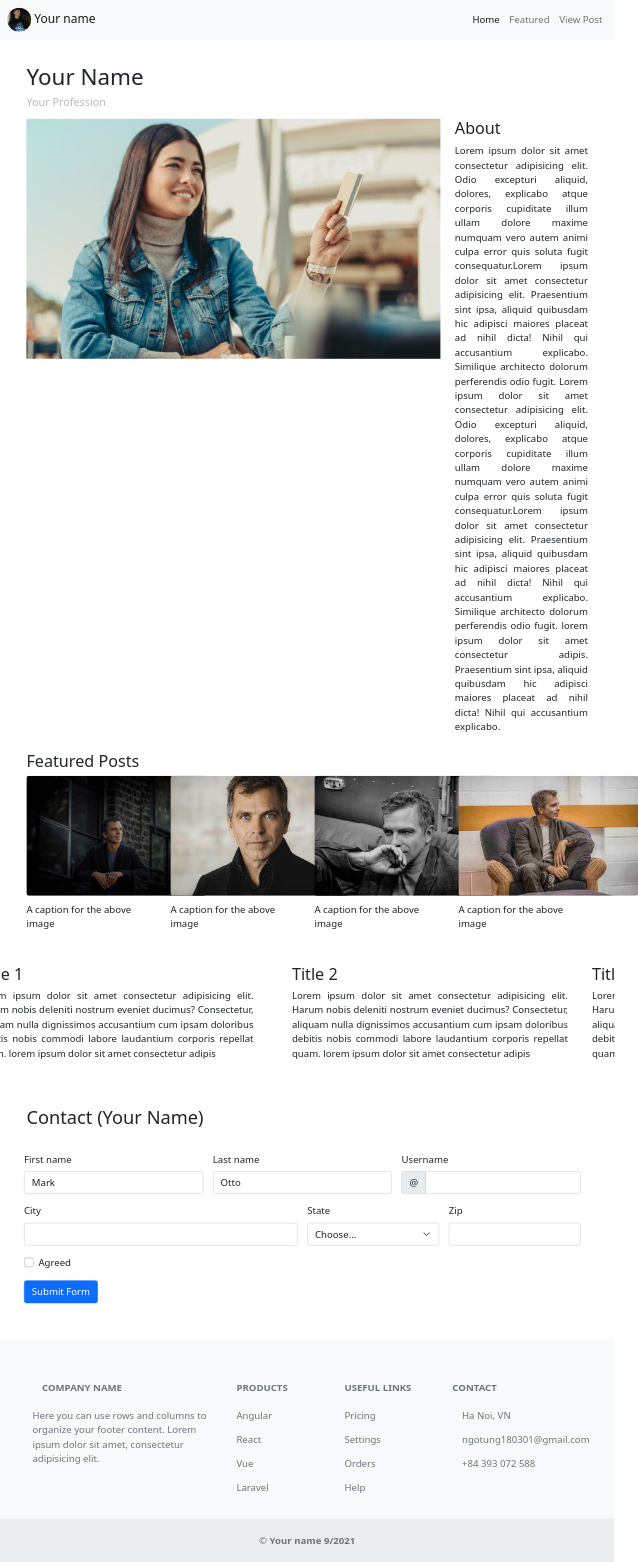
Repository: nvt01/72_1951061106_NgoVanTung
Page: BaiTh1/index.html
An editor plug-in stored every save of this project. The page is shown before and after a run of saves, followed by the edit.
The browser window is 1024 px wide. The page is 1064 px wide, then 1024 px, so the pictures cover 1064 px, including what lies to the right of the window. The pictures show the whole page, at 60% of full size.

Above is the page before, as saved 2021-12-01 10:44:13.

### BaiTh1/index.html
<!DOCTYPE html>
<html lang="en">
<head>
    <meta charset="UTF-8">
    <meta http-equiv="X-UA-Compatible" content="IE=edge">
    <meta name="viewport" content="width=device-width, initial-scale=1.0">
    <title>Blog</title>
    <link rel="stylesheet" href="style.css">
    <!-- CSS only -->
    <link href="https://cdn.jsdelivr.net/npm/bootstrap@5.1.3/dist/css/bootstrap.min.css" rel="stylesheet" integrity="sha384-1BmE4kWBq78iYhFldvKuhfTAU6auU8tT94WrHftjDbrCEXSU1oBoqyl2QvZ6jIW3" crossorigin="anonymous">
    <!-- JavaScript Bundle with Popper -->
    <script src="https://cdn.jsdelivr.net/npm/bootstrap@5.1.3/dist/js/bootstrap.bundle.min.js" integrity="sha384-ka7Sk0Gln4gmtz2MlQnikT1wXgYsOg+OMhuP+IlRH9sENBO0LRn5q+8nbTov4+1p" crossorigin="anonymous"></script>
</head>
<body>
    <div class="menu">
        <nav class="navbar navbar-expand-lg navbar-light bg-light">
            <div class="container-fluid">
                <a class="navbar-brand" href="#">
                    <img class="nav-img" src="./img/avatar.JPG" alt="">
                    Your name
                </a>
                <button class="navbar-toggler" type="button" data-bs-toggle="collapse" data-bs-target="#navbarSupportedContent" aria-controls="navbarSupportedContent" aria-expanded="false" aria-label="Toggle navigation">
                    <span class="navbar-toggler-icon"></span>
                </button>
                <div class=" collapse navbar-collapse" id="navbarSupportedContent">
                    <ul class="navbar-nav me-auto mb-2 mb-lg-0">
                        <li class="nav-item">
                            <a class="nav-link active" aria-current="page" href="#">Home</a>
                        </li>
                        <li class="nav-item">
                            <a class="nav-link" href="#">Featured</a>
                        </li>
                        <li class="nav-item">
                            <a class="nav-link" href="#">View Post</a>
                        </li>
                    </ul>
                </div>
            </div>
        </nav>
    </div>

    <div class="main">
        <div class="container">
            <div class="row">
                <h1 class="h1">Your Name</h1>
                <h3 class="h3">Your Profession</h3>
                <div class="col">
                    <img src="./img/img1.jpeg" alt="">
                </div>
                <div class="col content">
                    <h3>About</h3>
                    <span>Lorem ipsum dolor sit amet consectetur adipisicing elit. Odio excepturi aliquid, dolores, explicabo atque corporis cupiditate illum ullam dolore maxime numquam vero autem animi culpa error quis soluta fugit consequatur.Lorem ipsum dolor sit amet consectetur adipisicing elit. Praesentium sint ipsa, aliquid quibusdam hic adipisci maiores placeat ad nihil dicta! Nihil qui accusantium explicabo. Similique architecto dolorum perferendis odio fugit. Lorem ipsum dolor sit amet consectetur adipisicing elit. Odio excepturi aliquid, dolores, explicabo atque corporis cupiditate illum ullam dolore maxime numquam vero autem animi culpa error quis soluta fugit consequatur.Lorem ipsum dolor sit amet consectetur adipisicing elit. Praesentium sint ipsa, aliquid quibusdam hic adipisci maiores placeat ad nihil dicta! Nihil qui accusantium explicabo. Similique architecto dolorum perferendis odio fugit. lorem ipsum dolor sit amet consectetur adipis. Praesentium sint ipsa, aliquid quibusdam hic adipisci maiores placeat ad nihil dicta! Nihil qui accusantium explicabo.</span>
                </div>
            </div>
            <div class="row">
                <h3 class="h3-title">Featured Posts</h3>
                <div class="col-3 col-sm-6 col-md-4 col-lg-3">
                    <img class="image" src="./img/img2.jpeg" alt="">
                    <p>A caption for the above image</p>
                </div>
                <div class="col-3 col-sm-6 col-md-4 col-lg-3">
                    <img class="image" src="./img/img3.jpeg" alt="">
                    <p>A caption for the above image</p>
                </div>
                <div class="col-3 col-sm-6 col-md-4 col-lg-3">
                    <img class="image" src="./img/img5.jpeg" alt="">
                    <p>A caption for the above image</p>
                </div>
                <div class="col-3 col-sm-6 col-md-4 col-lg-3">
                    <img class="image" src="./img/img6.jpeg" alt="">
                    <p>A caption for the above image</p>
                </div>
            </div>
        </div>
    </div>

    <div class="title">
        <!-- <div class="row">
            <div class="col">
                <h3>Title 1</h3>
                <p class="title-text">Lorem ipsum dolor sit amet consectetur adipisicing elit. Harum nobis deleniti nostrum eveniet ducimus? Consectetur, aliquam nulla dignissimos accusantium cum ipsam doloribus debitis nobis commodi labore laudantium corporis repellat quam. lorem ipsum dolor sit amet consectetur adipis</p>
            </div>
            <div class="col">
                <h3>Title 2</h3>
                <p class="title-text">Lorem ipsum dolor sit amet consectetur adipisicing elit. Harum nobis deleniti nostrum eveniet ducimus? Consectetur, aliquam nulla dignissimos accusantium cum ipsam doloribus debitis nobis commodi labore laudantium corporis repellat quam. lorem ipsum dolor sit amet consectetur adipis</p>
            </div>
        </div> -->
        <div>
            <div id="carouselExampleControls" class="carousel slide" data-bs-ride="carousel">
                <div class="carousel-inner">
                    <div class="carousel-item active">
                        <div class="row">
                            <div class="col-md-6">
                                <div class="singer-box content">
                                    <h3>Title 1</h3>
                                    <p class="title-text">Lorem ipsum dolor sit amet consectetur adipisicing elit. Harum nobis deleniti nostrum eveniet ducimus? Consectetur, aliquam nulla dignissimos accusantium cum ipsam doloribus debitis nobis commodi labore laudantium corporis repellat quam. lorem ipsum dolor sit amet consectetur adipis</p>
                                </div>
                            </div>
                            <div class="col-md-6">
                                <div class="singer-box content">
                                    <h3>Title 2</h3>
                                    <p class="title-text">Lorem ipsum dolor sit amet consectetur adipisicing elit. Harum nobis deleniti nostrum eveniet ducimus? Consectetur, aliquam nulla dignissimos accusantium cum ipsam doloribus debitis nobis commodi labore laudantium corporis repellat quam. lorem ipsum dolor sit amet consectetur adipis</p>
                                </div>
                            </div>
                        </div>
                    </div>

                    <div class="carousel-item">
                        <div class="row">
                            <div class="col-md-6">
                                <div class="singer-box content">
                                    <h3>Title 3</h3>
                                    <p class="title-text">Lorem ipsum dolor sit amet consectetur adipisicing elit. Harum nobis deleniti nostrum eveniet ducimus? Consectetur, aliquam nulla dignissimos accusantium cum ipsam doloribus debitis nobis commodi labore laudantium corporis repellat quam. lorem ipsum dolor sit amet consectetur adipis</p>
                                </div>
                            </div>
                            <div class="col-md-6">
                                <div class="singer-box content">
                                    <h3>Title 4</h3>
                                    <p class="title-text">Lorem ipsum dolor sit amet consectetur adipisicing elit. Harum nobis deleniti nostrum eveniet ducimus? Consectetur, aliquam nulla dignissimos accusantium cum ipsam doloribus debitis nobis commodi labore laudantium corporis repellat quam. lorem ipsum dolor sit amet consectetur adipis</p>
                                </div>
                            </div>
                        </div>
                    </div>
                </div>
                <button class="carousel-control-prev" type="button" data-bs-target="#carouselExampleControls" data-bs-slide="prev">
                    <span class="carousel-control-prev-icon" aria-hidden="true"></span>
                    <span class="visually-hidden">Previous</span>
                </button>
                <button class="carousel-control-next" type="button" data-bs-target="#carouselExampleControls" data-bs-slide="next">
                    <span class="carousel-control-next-icon" aria-hidden="true"></span>
                    <span class="visually-hidden">Next</span>
                </button>
            </div>
        </div>
    </div>

    <div class="contact">
        <div class="container">
            <div class="row">
                <h2>Contact (Your Name)</h2>
                <form class="row g-3 needs-validation" novalidate>
                    <div class="col-md-4">
                        <label for="validationCustom01" class="form-label">First name</label>
                        <input type="text" class="form-control" id="validationCustom01" value="Mark" required>
                        <div class="valid-feedback">
                            Looks good!
                        </div>
                    </div>
                    <div class="col-md-4">
                        <label for="validationCustom02" class="form-label">Last name</label>
                        <input type="text" class="form-control" id="validationCustom02" value="Otto" required>
                        <div class="valid-feedback">
                            Looks good!
                        </div>
                    </div>
                    <div class="col-md-4">
                        <label for="validationCustomUsername" class="form-label">Username</label>
                        <div class="input-group has-validation">
                            <span class="input-group-text" id="inputGroupPrepend">@</span>
                            <input type="text" class="form-control" id="validationCustomUsername" aria-describedby="inputGroupPrepend" required>
                            <div class="invalid-feedback">
                            Please choose a username.
                            </div>
                        </div>
                    </div>
                    <div class="col-md-6">
                        <label for="validationCustom03" class="form-label">City</label>
                        <input type="text" class="form-control" id="validationCustom03" required>
                        <div class="invalid-feedback">
                            Please provide a valid city.
                        </div>
                    </div>
                    <div class="col-md-3">
                        <label for="validationCustom04" class="form-label">State</label>
                        <select class="form-select" id="validationCustom04" required>
                            <option selected disabled value="">Choose...</option>
                            <option>...</option>
                        </select>
                        <div class="invalid-feedback">
                            Please select a valid state.
                        </div>
                    </div>
                    <div class="col-md-3">
                        <label for="validationCustom05" class="form-label">Zip</label>
                        <input type="text" class="form-control" id="validationCustom05" required>
                        <div class="invalid-feedback">
                            Please provide a valid zip.
                        </div>
                    </div>
                    <div class="col-12">
                        <div class="form-check">
                            <input class="form-check-input" type="checkbox" value="" id="invalidCheck" required>
                            <label class="form-check-label" for="invalidCheck">
                            Agreed
                            </label>
                        <div class="invalid-feedback">
                            You must agree before submitting.
                        </div>
                    </div>
                    </div>
                    <div class="col-12">
                        <button class="btn btn-primary" type="submit">Submit Form</button>
                    </div>
                </form>
            </div>
        </div>
    </div>

    <footer class="text-center text-lg-start bg-light text-muted">
        <div>
            <a href="" class="me-4 text-reset">
            <i class="fab fa-facebook-f"></i>
            </a>
            <a href="" class="me-4 text-reset">
            <i class="fab fa-twitter"></i>
            </a>
            <a href="" class="me-4 text-reset">
            <i class="fab fa-google"></i>
            </a>
            <a href="" class="me-4 text-reset">
            <i class="fab fa-instagram"></i>
            </a>
            <a href="" class="me-4 text-reset">
            <i class="fab fa-linkedin"></i>
            </a>
            <a href="" class="me-4 text-reset">
            <i class="fab fa-github"></i>
            </a>
        </div>
        <section class="">
        <div class="container text-center text-md-start mt-5">
            <div class="row mt-3">
            <div class="col-md-3 col-lg-4 col-xl-3 mx-auto mb-4">
                <h6 class="text-uppercase fw-bold mb-4">
                <i class="fas fa-gem me-3"></i>Company name
                </h6>
                <p>
                Here you can use rows and columns to organize your footer content. Lorem ipsum
                dolor sit amet, consectetur adipisicing elit.
                </p>
            </div>
            <div class="col-md-2 col-lg-2 col-xl-2 mx-auto mb-4">
                <h6 class="text-uppercase fw-bold mb-4">
                Products
                </h6>
                <p>
                <a href="#!" class="text-reset">Angular</a>
                </p>
                <p>
                <a href="#!" class="text-reset">React</a>
                </p>
                <p>
                <a href="#!" class="text-reset">Vue</a>
                </p>
                <p>
                <a href="#!" class="text-reset">Laravel</a>
                </p>
            </div>
            <div class="col-md-3 col-lg-2 col-xl-2 mx-auto mb-4">
                <h6 class="text-uppercase fw-bold mb-4">
                Useful links
                </h6>
                <p>
                <a href="#!" class="text-reset">Pricing</a>
                </p>
                <p>
                <a href="#!" class="text-reset">Settings</a>
                </p>
                <p>
                <a href="#!" class="text-reset">Orders</a>
                </p>
                <p>
                <a href="#!" class="text-reset">Help</a>
                </p>
            </div>
            <div class="col-md-4 col-lg-3 col-xl-3 mx-auto mb-md-0 mb-4">
                <h6 class="text-uppercase fw-bold mb-4">
                Contact
                </h6>
                <p><i class="fas fa-home me-3"></i> Ha Noi, VN</p>
                <p>
                <i class="fas fa-envelope me-3"></i>
                ngotung180301@gmail.com
                </p>
                <p><i class="fas fa-phone me-3"></i>+84 393 072 588</p>
            </div>
            </div>
        </div>
        </section>
        <div class="text-center p-4" style="background-color: rgba(0, 0, 0, 0.05);">
            ©
            <a class="text-reset fw-bold" href="https://mdbootstrap.com/">Your name 9/2021</a>
        </div>
    </footer>
</body>
</html>

### BaiTh1/style.css
* {
    margin: 0;
    padding: 0;
    box-sizing: border-box;
}

:root {
    --text-color: rgb(187, 184, 184);
}

.menu {
}

.navbar {
    margin-bottom: 40px;
}

.nav-img {
    width: 40px;
    height: 40px;
    border-radius: 50%;
    object-fit: cover;
}

.content {
    text-align: justify;
}

.container-fluid .navbar-collapse {
    flex-grow: 0;
}

.container .h1 {
    font-weight: 400;
}

.container .h3 {
    padding-bottom: 10px;
    color: var(--text-color);
    font-size: 18px;
}

.image {
    border-radius: 5px;
    margin-bottom: 10px;
    width: 300px;
    height: 200px;
    object-fit: cover;
}

.h3-title {
    padding-top: 30px;
}

.singer-box {
    padding: 40px 20px;
}

.contact {
    margin: 20px 0 60px;
}

.text-center a {
    text-decoration: none;
    color: var(--text-color);
}

@media screen and (max-width: 1025px) {
    .image {
        border-radius: 5px;
        margin-bottom: 10px;
        width: 300px;
        height: 200px;
        object-fit: cover;
    }
}

After the next 3 saves:
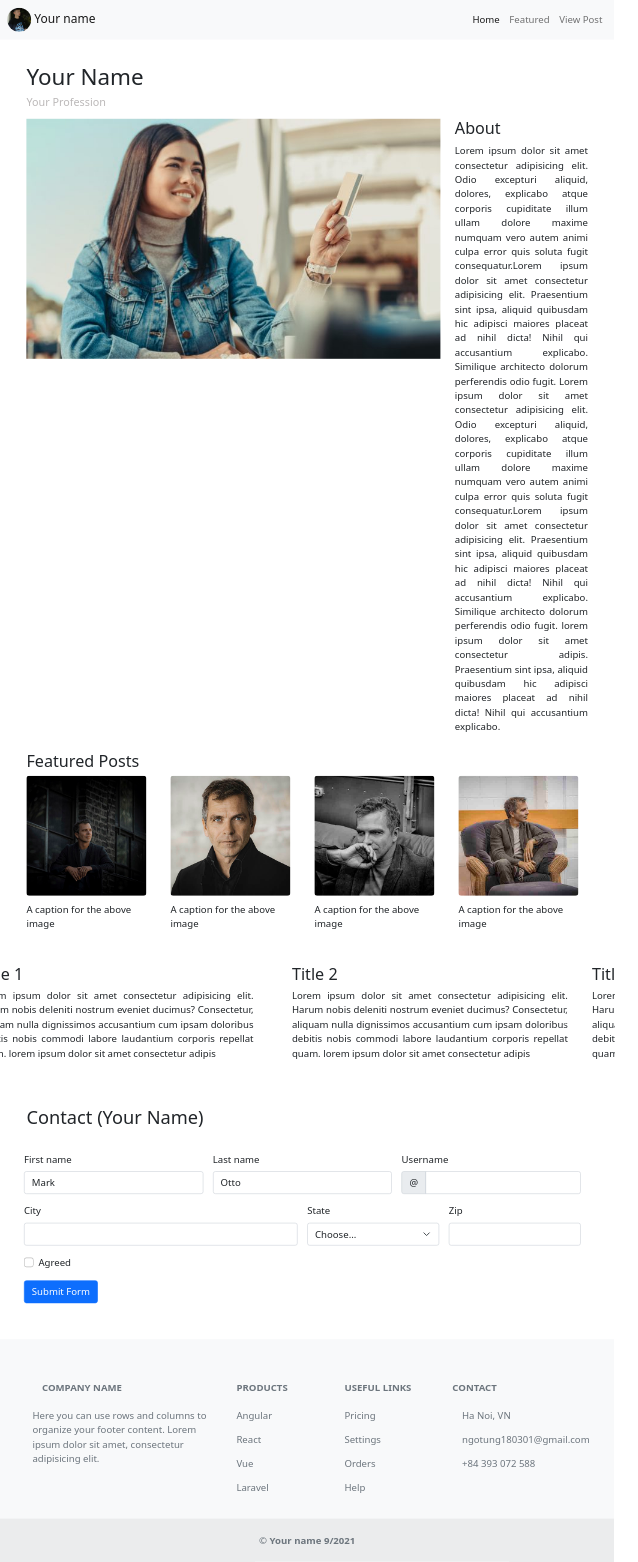
The 3 saves are shown as one change because they came seconds apart.
The last was saved 9 s later.
--- a/BaiTh1/style.css
+++ b/BaiTh1/style.css
@@ -67,10 +67,7 @@
 
 @media screen and (max-width: 1025px) {
     .image {
-        border-radius: 5px;
-        margin-bottom: 10px;
-        width: 300px;
+        width: 200px;
         height: 200px;
-        object-fit: cover;
     }
 }
